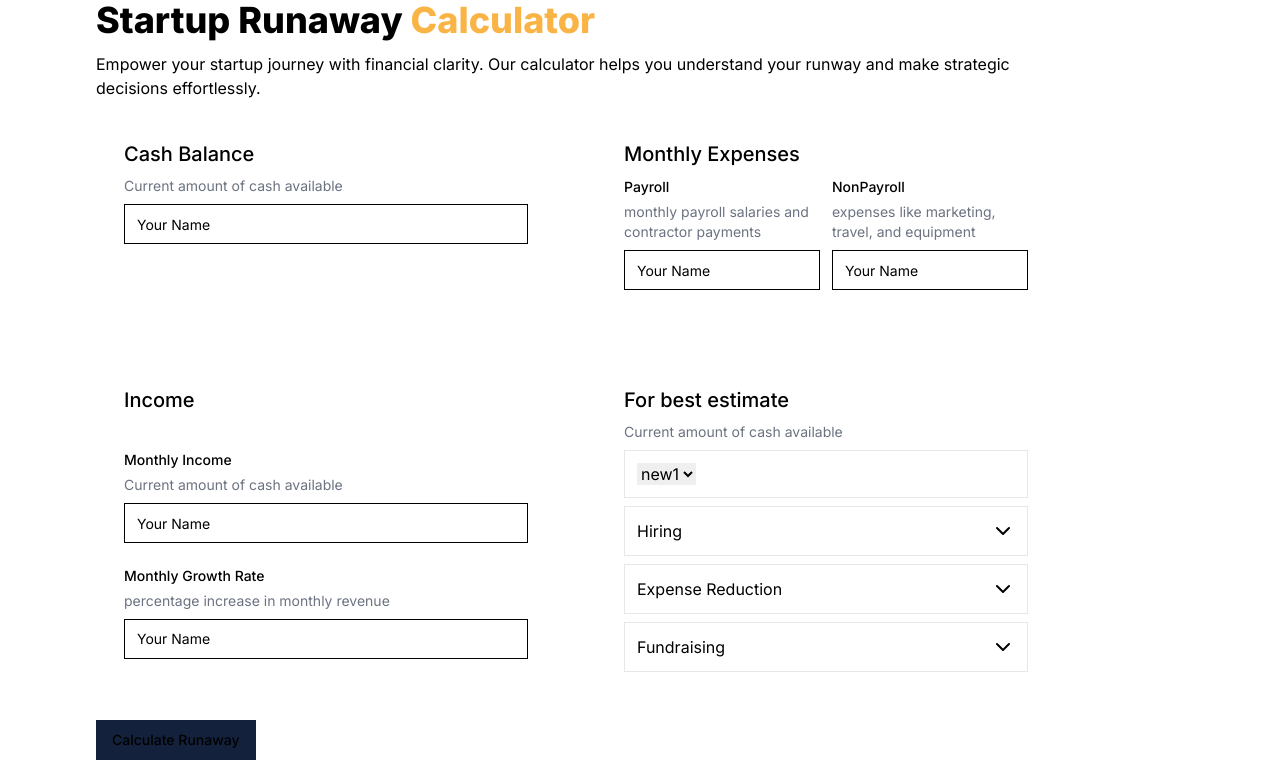
Repository: wossenF/startup-runaway-calculator
Page: /
These files come from the project's save history. The page is drawn as it stood at one moment and after the next save; the edit follows.
The browser window is 1280 px wide. The pictures show the whole page.
The project was rebuilt for these pictures with package versions that can differ from the ones it lists, and the page was loaded fresh each time. The framework's server and built-in components were replaced by stand-ins that run in the browser. Also part of the build but not shown: next.config.mjs.

Above is the page before, as saved 2024-04-08 13:41:17.

After the next save:
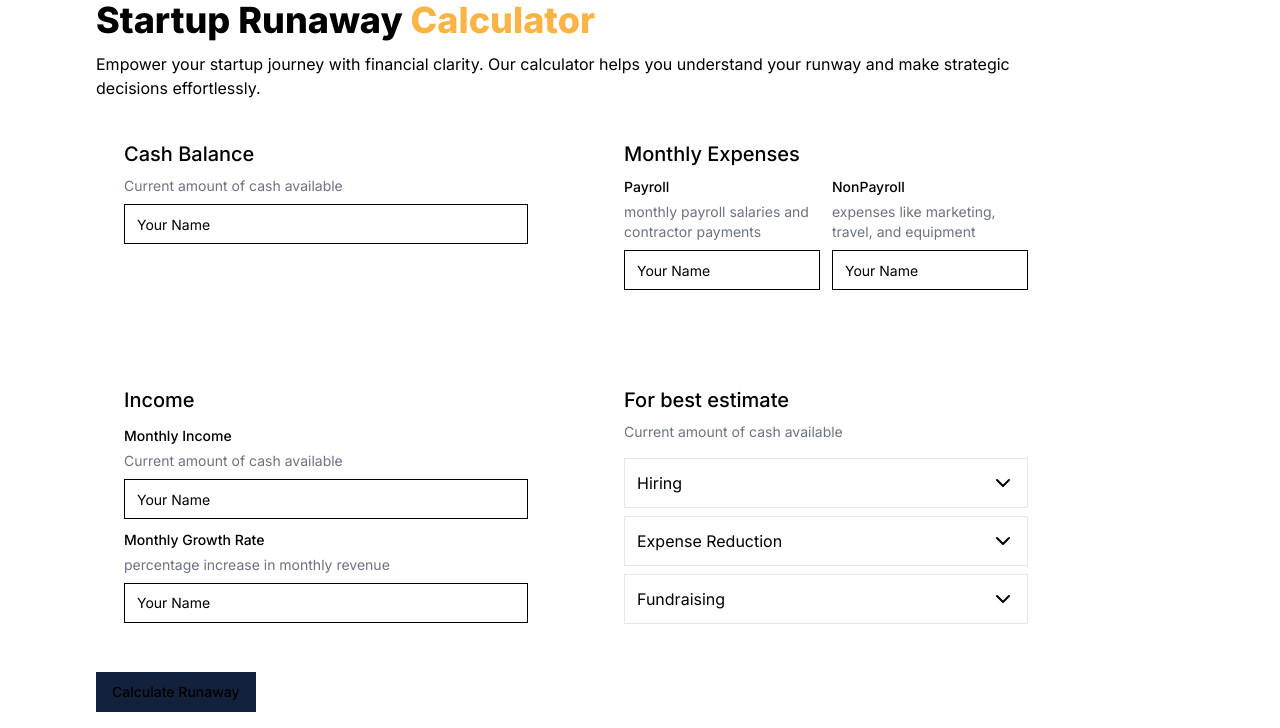
Saved 10 min 5 s later.
--- a/src/components/UserInput.tsx
+++ b/src/components/UserInput.tsx
@@ -71,11 +71,7 @@ const UserInput = () => {
           <p className="text-gray-500 text-sm ">
             Current amount of cash available
           </p>
-          <div className="flex justify-between p-3 gap-20 border rounded-md">
-            <select name="" id="">
-              <option>new1</option>
-            </select>
-          </div>
+          <div ></div>
           <div className="flex justify-between p-3 gap-20 border rounded-md  ">
             <p>Hiring</p>
             <ChevronDown />
